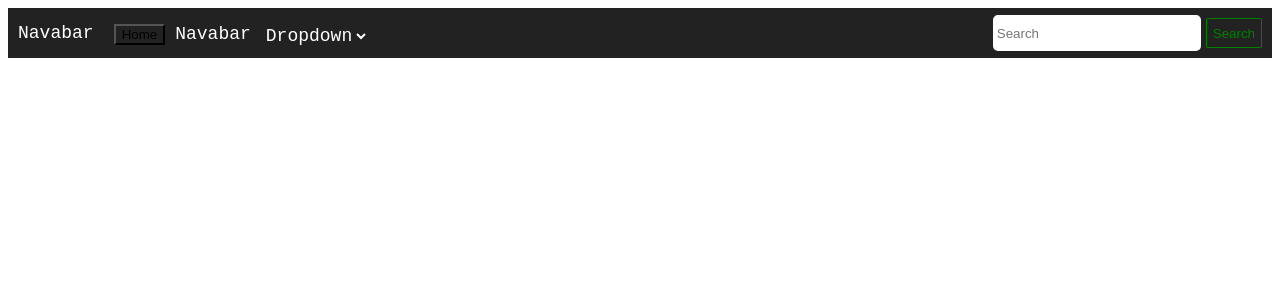
Repository: CryptoFamilyNFT/develhope
Page: html/svg.html
An editor plug-in stored every save of this project. The page is shown before and after the next save, followed by the edit.
The browser window is 1280 px wide. The pictures show the whole page.

Above is the page before, as saved 2024-11-02 10:43:50.

After the next save:
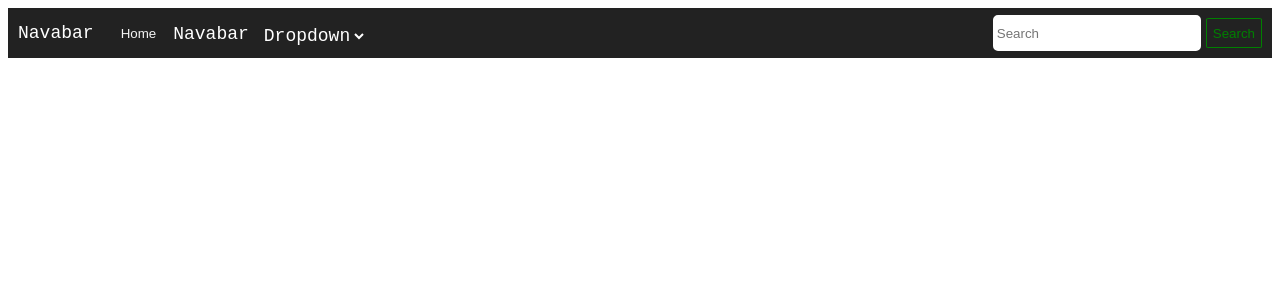
Saved 6 s later.
--- a/html/svg.html
+++ b/html/svg.html
@@ -89,7 +89,7 @@
     .NavButton {
         height: '60%';
         background-color: transparent;
-        border: 1px solid transparent
+        border: 1px solid transparent;
         color: whitesmoke;
     }
 </style>
